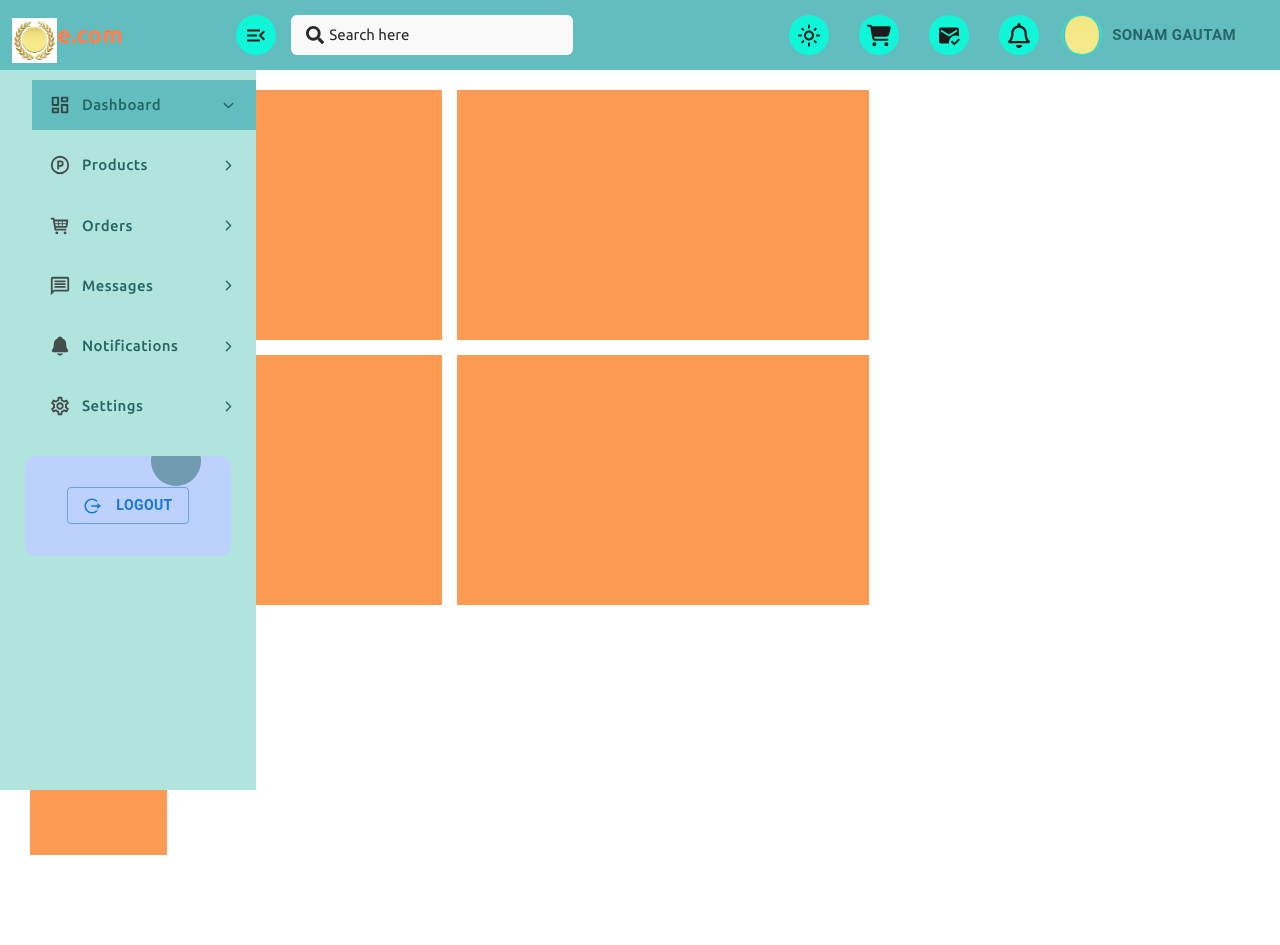
Repository: gautamsonam011/admin-react-dashboard
Page: /
The author's editor kept a copy of each file at every save. The page is drawn from the files as they stood at one save, then again after the next save.
The browser window is 1280 px wide. The pictures show the whole page.
The project was rebuilt for these pictures with package versions that can differ from the ones it lists, and the page was loaded fresh each time.

Above is the page before, as saved 2025-04-16 12:39:57.

After the next save:
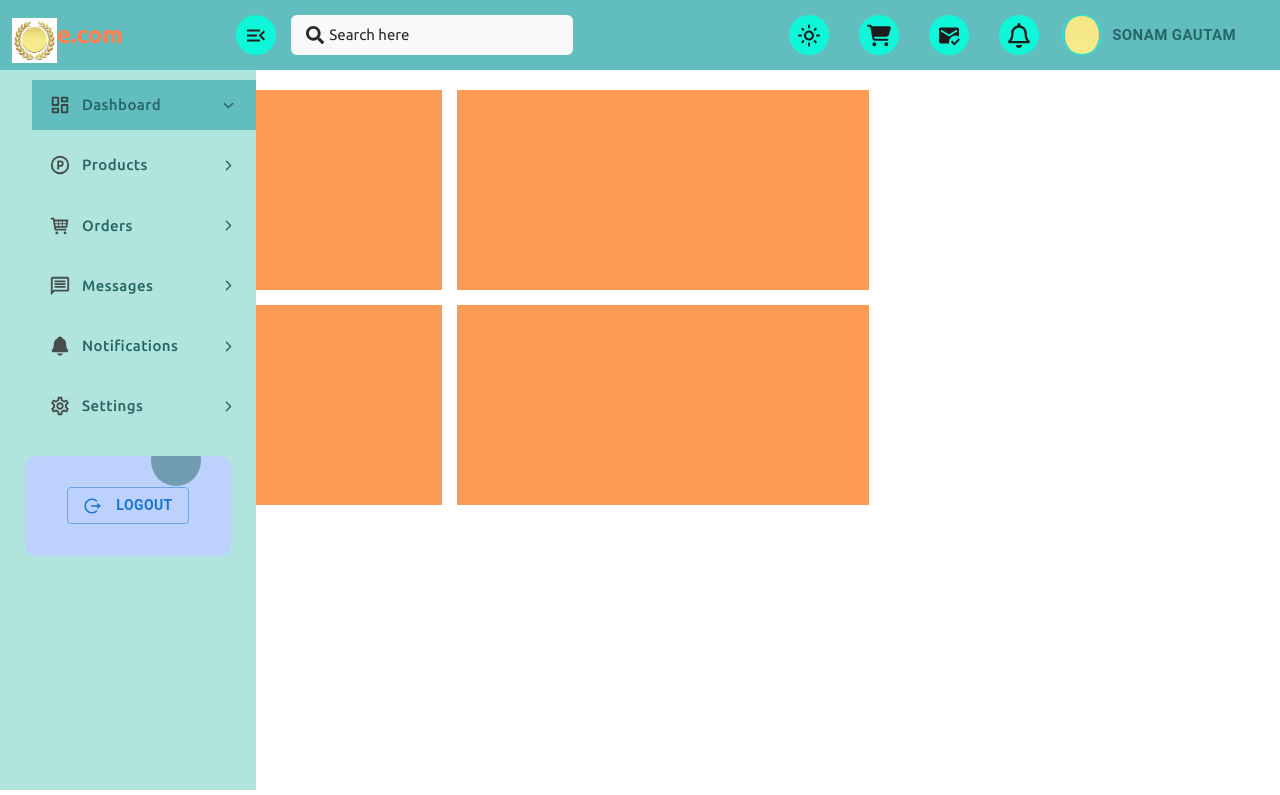
Saved 24 s later.
--- a/src/App.css
+++ b/src/App.css
@@ -94,4 +94,4 @@ position:relative; overflow:hidden;}
 .main .content{width:80%; flex: 0 0 80%;}
 .right-content{padding: 90px 30px;}
 .dashboardBoxWrapper{gap: 15px; width:100%; flex-wrap: wrap;}
-.dashboardBoxWrapper .dashboardBox{width:45%; height: 250px; background-color:rgb(253, 154, 83);}
+.dashboardBoxWrapper .dashboardBox{width:45%; height: 200px; background-color:rgb(253, 154, 83);}
